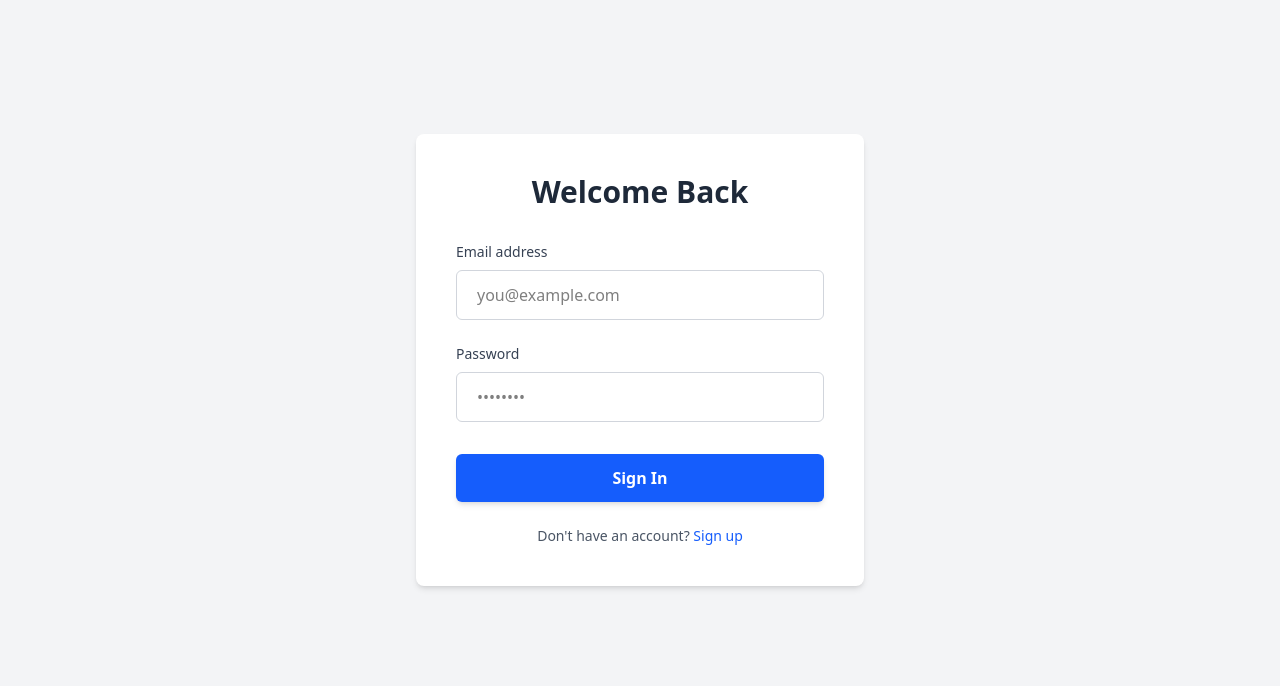
Repository: AuthnSapuarachchi/Employee-Management-System-MERN-Stack
Page: / (app in frontend/)
An editor plug-in stored every save of this project. The page is shown before and after the next save, followed by the edit.
The browser window is 1280 px wide. The pictures show the whole page.
The project was rebuilt for these pictures with package versions that can differ from the ones it lists, and the page was loaded fresh each time. Also part of the build but not shown: frontend/vite.config.js, frontend/src/components/Dashboard/DashboardHeader.jsx, frontend/src/components/Dashboard/StatsCards.jsx, frontend/src/components/Dashboard/QuickActions.jsx, frontend/src/components/Dashboard/RecentActivity.jsx, frontend/src/components/Dashboard.jsx, frontend/src/components/Department/DepartmentCard.jsx, frontend/src/components/Department/AddDepartmentModal.jsx and 7 more.

Above is the page before, as saved 2025-08-22 13:21:56.

### frontend/index.html
<!doctype html>
<html lang="en">

<head>
  <meta charset="UTF-8" />
  <link rel="icon" type="image/svg+xml" href="/vite.svg" />
  <meta name="viewport" content="width=device-width, initial-scale=1.0" />
  <title>EMS-AuthCodeLab</title>
</head>

<body>
  <div id="root"></div>
  <script type="module" src="/src/main.jsx"></script>
</body>

</html>

### frontend/src/App.jsx
import React from 'react'
import { BrowserRouter, Routes, Route, Navigate } from 'react-router-dom'
import AuthProvider from './context/authContext.jsx'
import Login from './pages/Login.jsx'
import AdminDashboard from './pages/AdminDashboard.jsx'
import EmployeeDashboard from './pages/EmployeeDashboard.jsx'
import PrivateRoutes from './utils/PrivateRoutes.jsx'
import RoleBaseRoutes from './utils/RoleBaseRoutes.jsx'

const App = () => {
  return (
    <BrowserRouter>
      <AuthProvider>
        <Routes>
          {/* Public Routes */}
          <Route path="/" element={<Navigate to="/login" replace />} />
          <Route path="/login" element={<Login />} />

          {/* Protected Admin Routes */}
          <Route
            path="/admin-dashboard/*"
            element={
              <PrivateRoutes>
                <RoleBaseRoutes requiredRole={['admin']}>
                  <AdminDashboard />
                </RoleBaseRoutes>
              </PrivateRoutes>
            }
          />

          {/* Protected Employee Routes */}
          <Route
            path="/employee-dashboard/*"
            element={
              <PrivateRoutes>
                <RoleBaseRoutes requiredRole={['employee']}>
                  <EmployeeDashboard />
                </RoleBaseRoutes>
              </PrivateRoutes>
            }
          />

          {/* Fallback Route */}
          <Route path="*" element={<Navigate to="/login" replace />} />
        </Routes>
      </AuthProvider>
    </BrowserRouter>
  )
}

export default App

### frontend/src/context/authContext.jsx
import React, { useEffect, useState } from 'react'
import axios from 'axios';
import { userContext } from './userContext.js';

const AuthProvider = ({children}) => {
    const [user, setUser] = useState(null);
    const [loading, setLoading] = useState(true);

    useEffect(() => {
        const verifyUser = async () => {
            try {
                const token = localStorage.getItem('token');
                if (token) {
                    const response = await axios.get("http://localhost:5000/api/auth/verify", {
                        headers: {
                            Authorization: `Bearer ${token}`
                        }
                    });
                    console.log(response.data);
                    if (response.data.success) {
                        setUser(response.data.user);
                    } else {
                        setUser(null);
                        localStorage.removeItem('token');
                    }
                } else {
                    setUser(null);
                    setLoading(false);
                }
            } catch {
                setUser(null);
                localStorage.removeItem('token');
            } finally {
                setLoading(false);
            }
        };
        verifyUser();
    }, []);

    const login = (user) => {
        setUser(user);
    };

    const logout = () => {
        setUser(null);
        localStorage.removeItem('token');
    };

    return (
        <userContext.Provider value={{ user, login, logout, loading }}>
            {children}
        </userContext.Provider>
    );
};

export default AuthProvider;

### frontend/src/pages/Login.jsx
import axios from 'axios'
import React, {  useState } from 'react'
import { useAuth } from '../hooks/useAuth.js'
import { useNavigate } from 'react-router-dom'

const Login = () => {

    const [email, setEmail] = useState('')
    const [password, setPassword] = useState('')
    const [error, setError] = useState(null)
    const {login} = useAuth()
    const navigate = useNavigate()

    const handleSubmit = async (e) => {
        e.preventDefault()

        // Demo login for testing (remove when backend is connected)
        if (email === 'admin@test.com' && password === 'admin123') {
            const demoUser = {
                name: 'Demo Admin',
                email: 'admin@test.com',
                role: 'admin'
            };
            login(demoUser);
            localStorage.setItem('token', 'demo-token');
            navigate('/admin-dashboard');
            return;
        }

        if (email === 'employee@test.com' && password === 'emp123') {
            const demoUser = {
                name: 'Demo Employee',
                email: 'employee@test.com',
                role: 'employee'
            };
            login(demoUser);
            localStorage.setItem('token', 'demo-token');
            navigate('/employee-dashboard');
            return;
        }

        try {
            const response = await axios.post(
                "http://localhost:5000/api/auth/login",
                {email, password}
            );
            if(response.data.success) {
                login(response.data.user)
                localStorage.setItem('token', response.data.token);
                if(response.data.user.role === 'admin') {
                    navigate('/admin-dashboard');
                }else {
                    navigate('/employee-dashboard'); // Redirect to a different page for non-admin users
                }

            }
        } catch (error) {
          if (error.response && !error.response.data.success) {
            setError(error.response.data.error);
          } else {
            setError("An error occurred in server. Please try again.");
          }
        }
    }

  return (
    <div className="min-h-screen flex items-center justify-center bg-gray-100 px-4">
      <div className="bg-white shadow-md rounded-lg max-w-md w-full p-10">
        <h2 className="text-3xl font-extrabold mb-8 text-center text-gray-800">Welcome Back</h2>
        {error && <p className='text-red-500'>{error}</p>}
        <form onSubmit={handleSubmit}>
          <div className="mb-6">
            <label htmlFor="email" className="block mb-2 text-sm font-medium text-gray-700">
              Email address
            </label>
            <input
              type="email"
              id="email"
              name="email"
              required
              placeholder="you@example.com"
              className="w-full px-5 py-3 border border-gray-300 rounded-md focus:outline-none focus:ring-4 focus:ring-blue-300 focus:border-blue-500 transition"
              onChange={(e) => setEmail(e.target.value)}
            />
          </div>
          <div className="mb-8">
            <label htmlFor="password" className="block mb-2 text-sm font-medium text-gray-700">
              Password
            </label>
            <input
              type="password"
              id="password"
              name="password"
              required
              placeholder="••••••••"
              className="w-full px-5 py-3 border border-gray-300 rounded-md focus:outline-none focus:ring-4 focus:ring-blue-300 focus:border-blue-500 transition"
              onChange={(e) => setPassword(e.target.value)}
            />
          </div>
          <button
            type="submit"
            className="w-full bg-blue-600 text-white font-semibold py-3 rounded-md shadow-md hover:bg-blue-700 transition"
          >
            Sign In
          </button>
        </form>
        <p className="mt-6 text-center text-sm text-gray-600">
          Don&apos;t have an account?{' '}
          <a href="/register" className="text-blue-600 hover:underline">
            Sign up
          </a>
        </p>
      </div>
    </div>
  )
}

export default Login

### frontend/src/context/userContext.js
import { createContext } from 'react';

export const userContext = createContext();

### frontend/src/hooks/useAuth.js
import { useContext } from 'react';
import { userContext } from '../context/userContext.js';

export const useAuth = () => useContext(userContext);

Loaded but not shown: frontend/src/main.jsx (common file); frontend/src/index.css (common file)

After the next save:
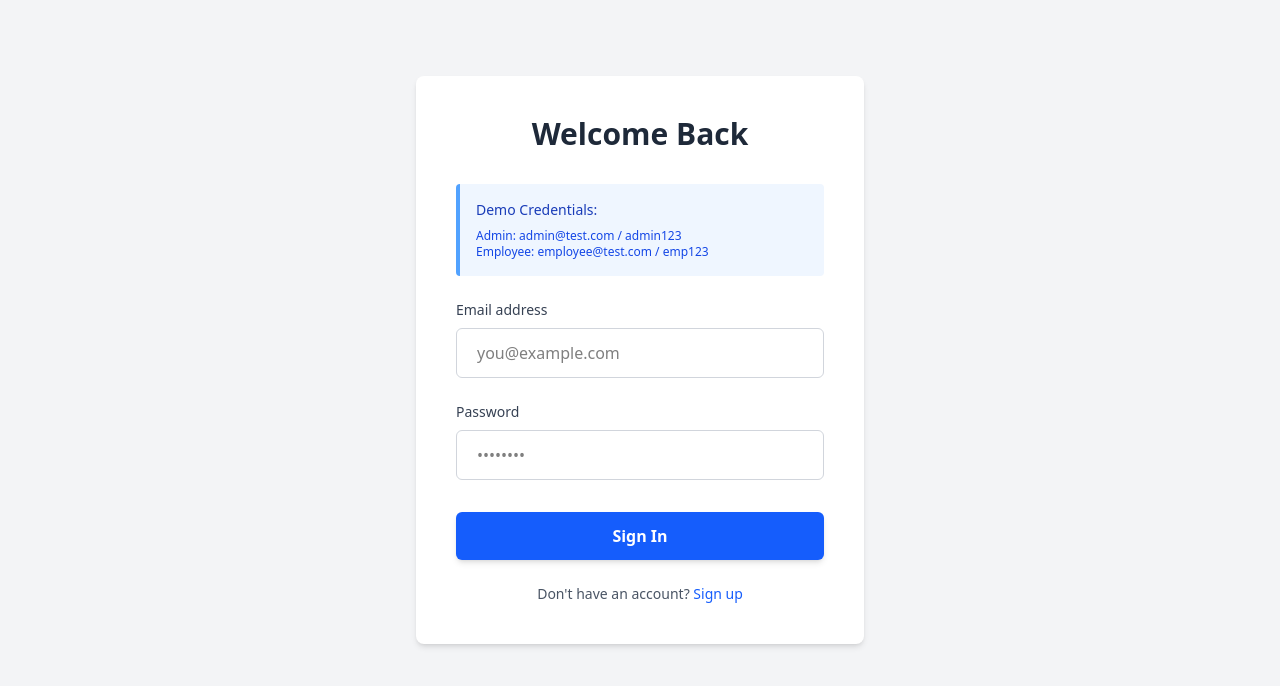
Saved 14 s later.
--- a/frontend/src/pages/Login.jsx
+++ b/frontend/src/pages/Login.jsx
@@ -67,6 +67,14 @@ const Login = () => {
     <div className="min-h-screen flex items-center justify-center bg-gray-100 px-4">
       <div className="bg-white shadow-md rounded-lg max-w-md w-full p-10">
         <h2 className="text-3xl font-extrabold mb-8 text-center text-gray-800">Welcome Back</h2>
+
+        {/* Demo Credentials Info */}
+        <div className="mb-6 p-4 bg-blue-50 border-l-4 border-blue-400 rounded">
+          <p className="text-sm text-blue-800 font-medium mb-2">Demo Credentials:</p>
+          <p className="text-xs text-blue-700">Admin: admin@test.com / admin123</p>
+          <p className="text-xs text-blue-700">Employee: employee@test.com / emp123</p>
+        </div>
+
         {error && <p className='text-red-500'>{error}</p>}
         <form onSubmit={handleSubmit}>
           <div className="mb-6">
